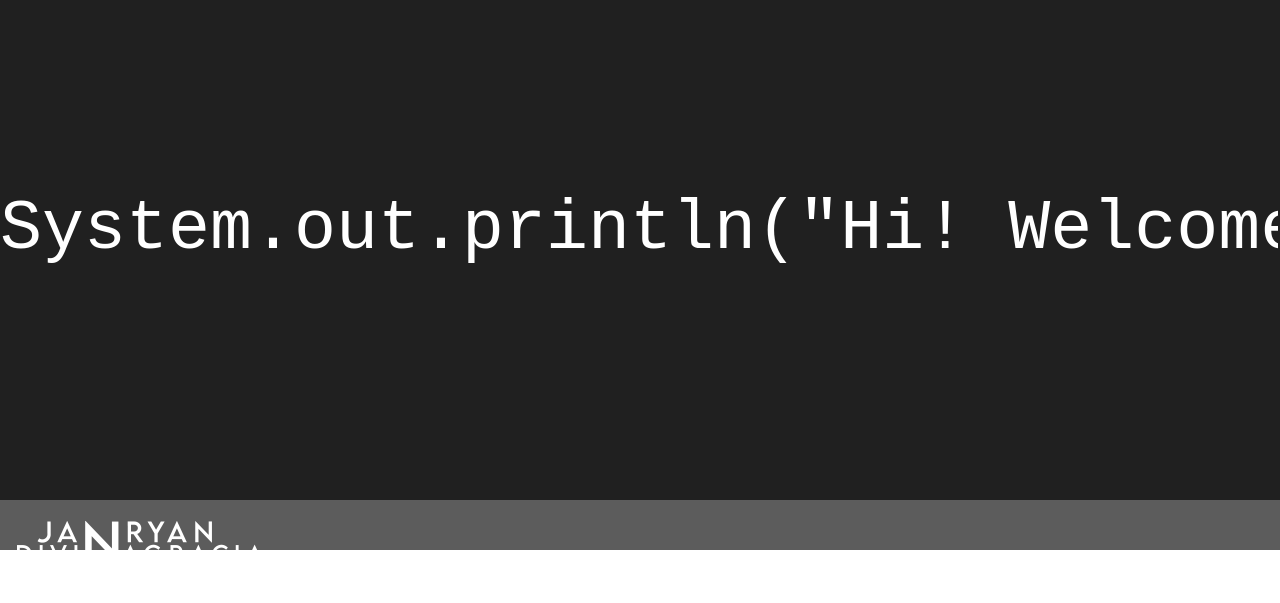
Repository: janry-gracia/Divinagracia_FinalProject
Page: Pages/storyofmylife.html
The author's editor kept a copy of each file at every save. The page is drawn from the files as they stood at one save, then again after the next save.
The browser window is 1280 px wide. The pictures show the whole page.

Above is the page before, as saved 2021-05-18 00:28:27.
Console error: TypeError: Cannot read properties of null (reading 'addEventListener')

### Pages/storyofmylife.html
<!DOCTYPE html>
<html lang="en">
<head>
    <meta charset="UTF-8">
    <meta http-equiv="X-UA-Compatible" content="IE=edge">
    <meta name="viewport" content="width=device-width, initial-scale=1.0">
    <title>Story of My Life</title>
    <link rel="stylesheet" href="/css/bootstrap.css">
    <link rel="stylesheet" href="/css/storyofmylife.css">
</head>
<body>

    <div class="container-fluid ">

        <div class="container-fluid message">
            <p class="message typewriter">System.out.println("Hi! Welcome to my LIFE.")</p>
        </div>

        <nav class="nav navbar-expand-md position-sticky">
            <div class="container-fluid nav-container">
                <a href="#" class="navbar-brand"><img src="/Pictures/logo.png" alt="Picture of My logo" width="250"></a>
            </div>
        </nav>




    </div>


    <script src ="/js/jquery-3.6.0.min.js"></script>
    <script src="/js/bootstrap.js"></script>
    <script src="/js/script.js"></script>

</body>
</html>

### css/storyofmylife.css
@import url('https://fonts.googleapis.com/css2?family=Fira+Code:wght@300;400;500&display=swap');

*{
    padding: 0;
    margin: 0;
    box-sizing: border-box;
}

html, body{
    height: 100%;
    width: 100%;
    overflow: hidden;

}

.container-fluid{
    padding: 0;
    margin: 0;
    box-sizing: border-box;
}

div.message{
    height: 500px;
    background-color: rgb(32, 32, 32);
    text-align: center;

}

p.message{
    margin-top: 180px;
    font-family: 'Fire Code', monospace;
    font-size: 5em;
    font-weight: 200;
    color: white;
    border-right: solid 2px rgb(255, 255, 255);
    white-space: nowrap;
    overflow: hidden;
    animation: animated-text 4s steps(45,end) 1s 1 normal both ,
               animated-cursor 1000ms steps(45,end) infinite alternate;
}

.nav{
    background-color: rgb(92, 92, 92);
    height: 500;
}



  /* Animation */
  @keyframes animated-text{
    from{width: 0%;}
    to{width: 100%;}
  }

  /* cursor animations */

  @keyframes animated-cursor{
    from{border-right-color: rgb(255, 255, 255);}
    to{border-right-color: transparent;}
  }

### js/script.js
let btn1= document.querySelector(".box1");
let btn2 = document.querySelector(".box2");
let text = document.querySelector(".greeting");
let frontpage = document.querySelector(".frontpage");
let secondpage = document.querySelector(".secondpage");
let button = document.querySelector(".button");
let logo = document.querySelector(".logo");



btn1.addEventListener("click", function() {
    btn1.classList.add("box1transition");
    btn1.style.transition = "transform 3s";
    btn2.classList.add("box2transition");
    btn2.style.transition = "transform 3s";
    text.style.animationName = "hidecontent";

    setTimeout(function () {
        window.open('Pages/backpage.html', '_self');
    }, 2500);

});


btn2.addEventListener("click", function() {
    btn1.classList.add("box1transition");
    btn1.style.transition = "transform 3s";
    btn2.classList.add("box2transition");
    btn2.style.transition = "transform 3s";
    text.style.animationName = "hidecontent";
    setTimeout(function () {
        window.open('Pages/backpage.html', '_self');
    }, 2500);

});


text.addEventListener("click", function() {
    btn1.classList.add("box1transition");
    btn1.style.transition = "transform 3s";
    btn2.classList.add("box2transition");
    btn2.style.transition = "transform 3s";
    text.style.animationName = "hidecontent";
    setTimeout(function () {
        window.open('Pages/backpage.html', '_self');
    }, 2500);

});

Loaded but not shown: css/bootstrap.css (library); js/jquery-3.6.0.min.js (library); js/bootstrap.js (library)

After the next save:
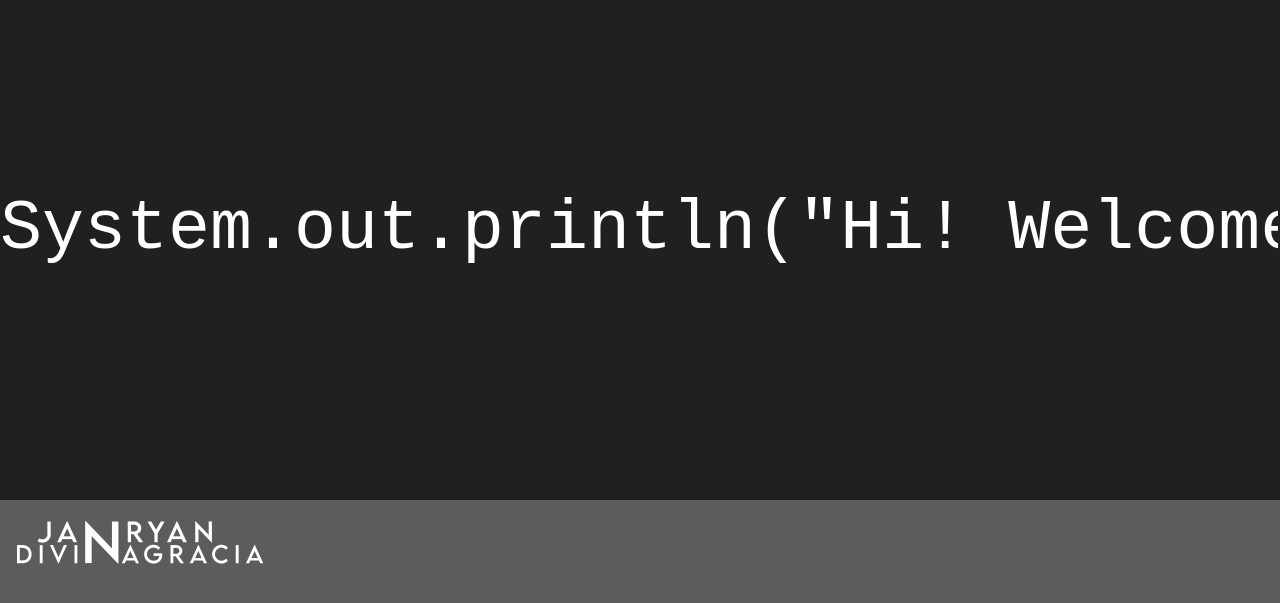
Saved 10 s later.
--- a/css/storyofmylife.css
+++ b/css/storyofmylife.css
@@ -41,7 +41,10 @@ p.message{
 
 .nav{
     background-color: rgb(92, 92, 92);
-    height: 500;
+    height: 500px;
+}
+.nav-container{
+
 }
 
 
